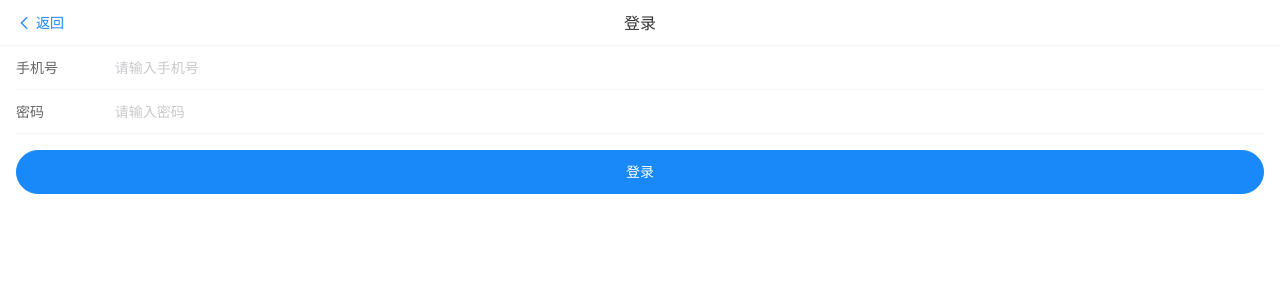
Repository: qiu-tian-l/edu-modile
Page: /#/login
The author's editor kept a copy of each file at every save. The page is drawn from the files as they stood at one save, then again after the next save.
The browser window is 1280 px wide. The pictures show the whole page.
The project was rebuilt for these pictures with package versions that can differ from the ones it lists, and the page was loaded fresh each time.

Above is the page before, as saved 2021-12-05 00:03:12.

### src/main.js
import Vue from 'vue'
import App from './App.vue'
import router from './router'
import store from './store'
import Vant from 'vant'
import 'vant/lib/index.css'

// 将Vant注册为Vue的插件
Vue.use(Vant)

Vue.config.productionTip = false

new Vue({
  router,
  store,
  render: h => h(App)
}).$mount('#app')

### src/App.vue
<template>
  <!-- 根路由出口 -->
  <router-view/>
</template>

<style lang="scss">
</style>

### src/router/index.js
import Vue from 'vue'
import VueRouter from 'vue-router'

Vue.use(VueRouter)

const routes = [
  // 登录页
  {
    path: '/login',
    name: 'login',
    component: () => import(/* webpackChunkName: 'login' */'@/views/login/index')
  },
  // 首页（选课页）
  {
    path: '/',
    name: 'course',
    component: () => import(/* webpackChunkName: 'course' */'@/views/course/index')
  },
  // 学习页
  {
    path: '/learn',
    name: 'learn',
    component: () => import(/* webpackChunkName: 'learn' */'@/views/learn/index'),
    meta: { requiresAuth: true }
  },
  // 用户页
  {
    path: '/user',
    name: 'user',
    component: () => import(/* webpackChunkName: 'user' */'@/views/user/index'),
    meta: { requiresAuth: true }
  },
  {
    path: '*',
    name: 'error-page',
    component: () => import(/* webpackChunkName: 'error-page' */'@/views/error-page/index')
  }
]

const router = new VueRouter({
  routes
})

export default router

### src/views/login/index.vue
<template>
  <div class="login">
    <van-nav-bar
      title="登录"
      left-text="返回"
      left-arrow
      @click-left="onClickLeft"
    />
    <van-form @submit="onSubmit">
      <van-field
        v-model="form.phone"
        name="phone"
        label="手机号"
        placeholder="请输入手机号"
        :rules="[{
          required: true,
          message: '请填写手机号'
          },{
            validator: phoneCheck,
            message: '格式有误，请重新输入'
          }]"
      />
      <van-field
        v-model="form.password"
        type="password"
        name="password"
        label="密码"
        placeholder="请输入密码"
        :rules="[{
          required: true,
          message: '请填写密码'
          },{
            validator: passwordCheck,
            message: '格式有误，请重新输入'
          }]"
      />
      <div style="margin: 16px;">
        <van-button round block type="info" native-type="submit">登录</van-button>
      </div>
    </van-form>
  </div>
</template>

<script>
export default {
  name: 'login',
  data () {
    return {
      form: {
        phone: '',
        password: ''
      }
    }
  },
  methods: {
    phoneCheck (val) {
      return /^1\d{10}$/.test(val)
    },
    passwordCheck (val) {
      return /^[a-zA-Z0-9]{6,12}$/.test(val)
    },
    onSubmit (values) {
      console.log('submit', values)
    }
  }
}
</script>

<style lang="scss" scoped></style>

Loaded but not shown: public/index.html (common file); src/store/index.js (common file)

After the next save:
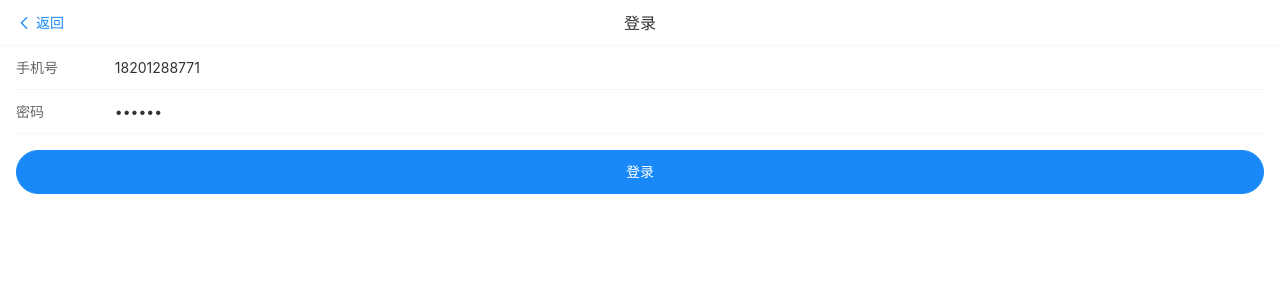
Saved 5 min 51 s later.
--- a/src/views/login/index.vue
+++ b/src/views/login/index.vue
@@ -47,8 +47,8 @@ export default {
   data () {
     return {
       form: {
-        phone: '',
-        password: ''
+        phone: '18201288771',
+        password: '111111'
       }
     }
   },
